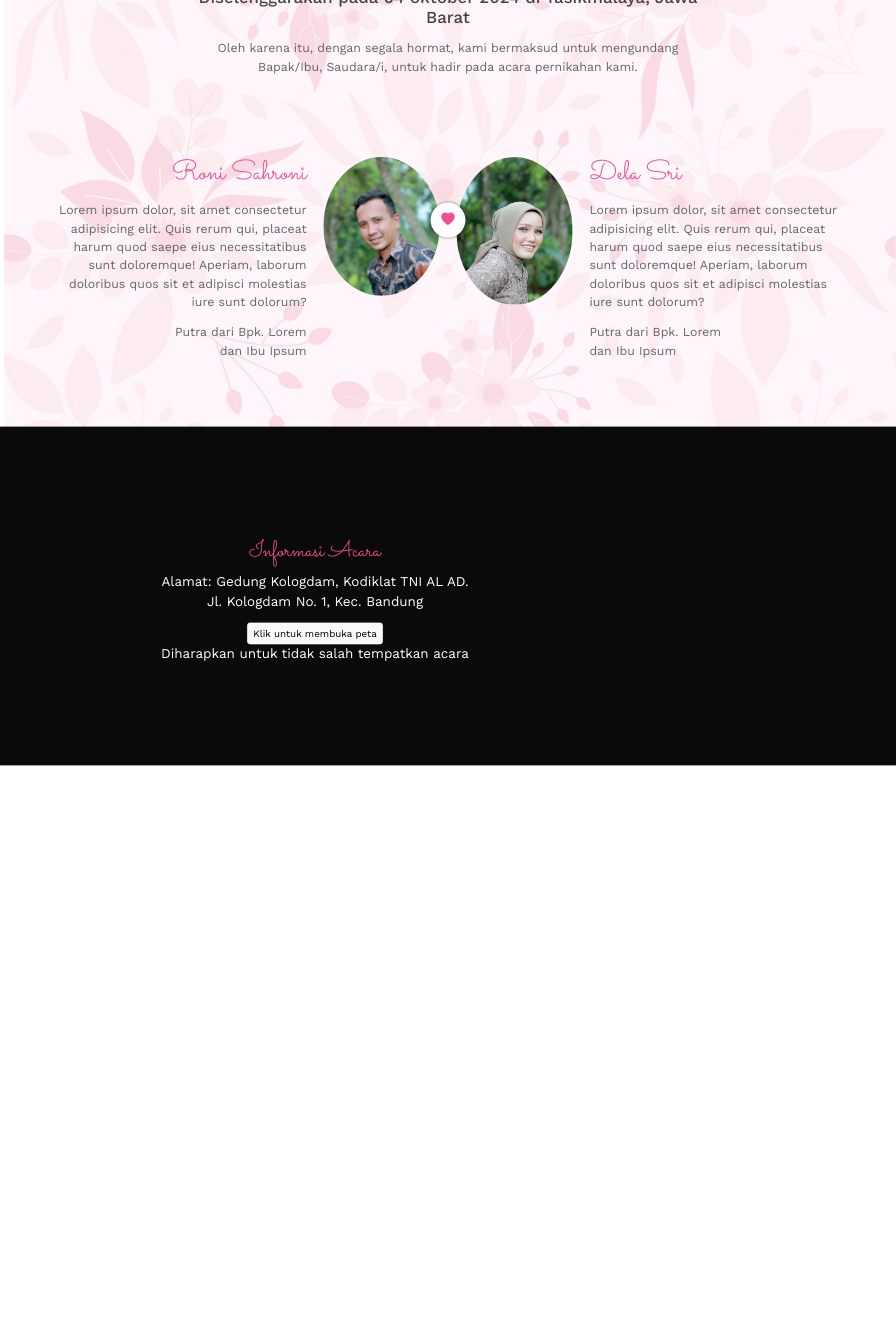
Repository: sellayspy/invitation
Page: index.html
An editor plug-in stored every save of this project. The page is shown before and after the next save, followed by the edit.
The browser window is 1280 px wide. The pictures show the part of the page from y = 1088 to 3008 px (the page is 4000 px tall), at 70% of full size.

Above is the page before, as saved 2024-07-08 16:40:27.

After the next save:
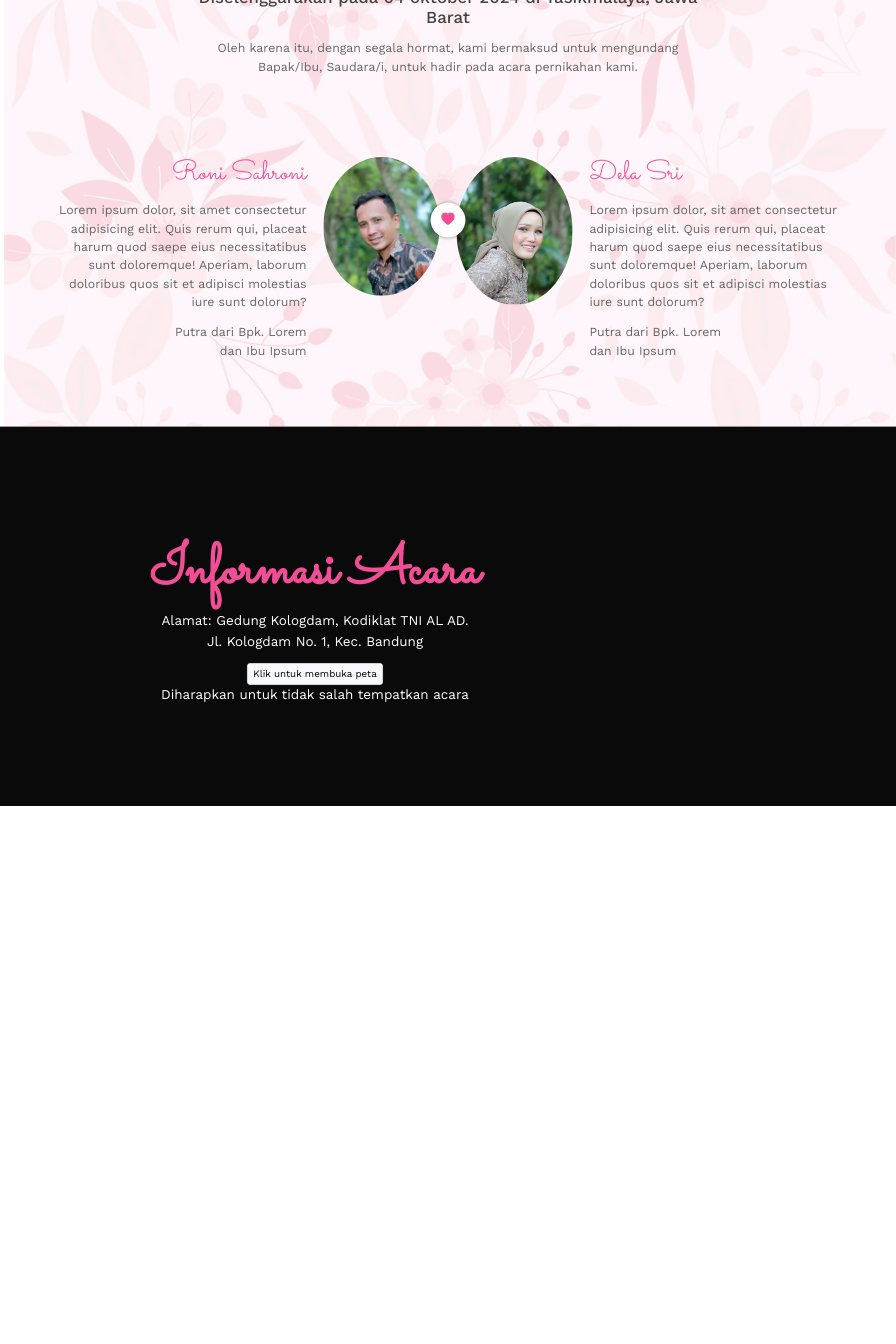
Saved 58 s later.
--- a/style.css
+++ b/style.css
@@ -151,6 +151,8 @@ body {
 .info h2 {
   color: var(--pink);
   font-family: "Sacramento";
+  font-size: 5rem;
+  font-weight: bold;
 }
 
 /* Media Query */
